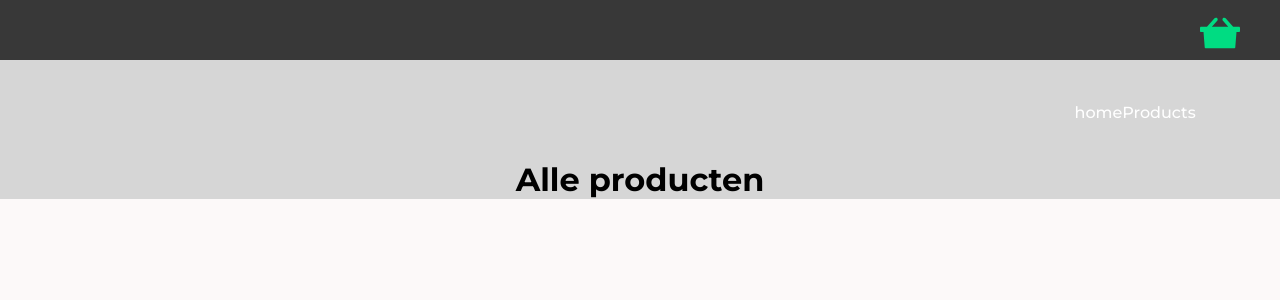
Repository: jodelajo/nuxt-product-page
Page: /
The author's editor kept a copy of each file at every save. The page is drawn from the files as they stood at one save, then again after the next save.
The browser window is 1280 px wide. The pictures show the whole page.
The page's requests for data from a server got no answer. The project was rebuilt for these pictures with package versions that can differ from the ones it lists, and the page was loaded fresh each time. The framework's server and built-in components were replaced by stand-ins that run in the browser. No one was signed in, and anything a server would have sent is missing. Also part of the build but not shown: nuxt.config.js, components/BuyButton.vue, components/CartPrices.vue, components/Counter.vue, components/FilterIcon.vue, components/HomeIcon.vue, components/IncDecButtons.vue, components/MyItem.vue and 8 more.

Above is the page before, as saved 2021-12-03 16:00:11.

After the next save:
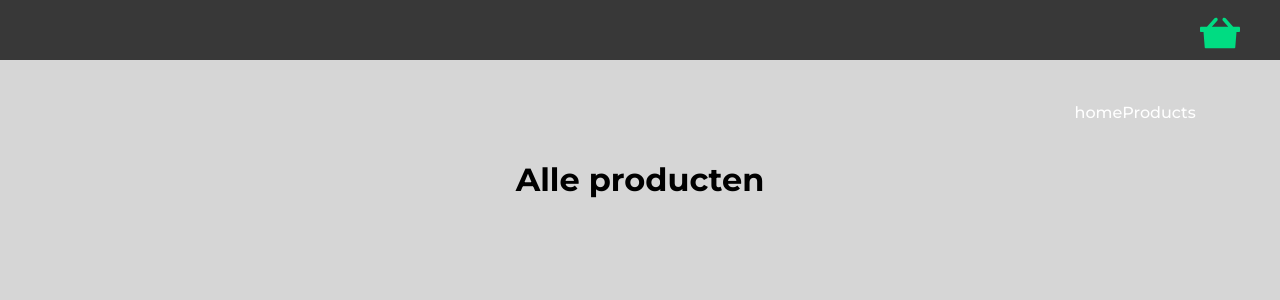
Saved 101 s later.
--- a/pages/index.vue
+++ b/pages/index.vue
@@ -53,17 +53,22 @@ export default {
 
 <style>
 @import url("https://fonts.googleapis.com/css2?family=Montserrat:wght@100;200;300;500;700;900&family=Readex+Pro:wght@300;500;700&display=swap");
+
+body {
+  width: 100vw;
+  box-sizing: border-box;
+  margin: 0;
+  background-color: rgb(214, 214, 214);
+}
 .container {
-  width: 100vw;
 
-  margin: 0;
   display: flex;
   /* padding: 0; */
   flex-direction: column;
   justify-content: center;
   align-items: center;
-  background-color: rgb(214, 214, 214);
-  box-sizing: border-box;
+
+
   gap: 20px;
   font-family: "Montserrat", sans-serif;
   /* font-family: 'Readex Pro', sans-serif; */
